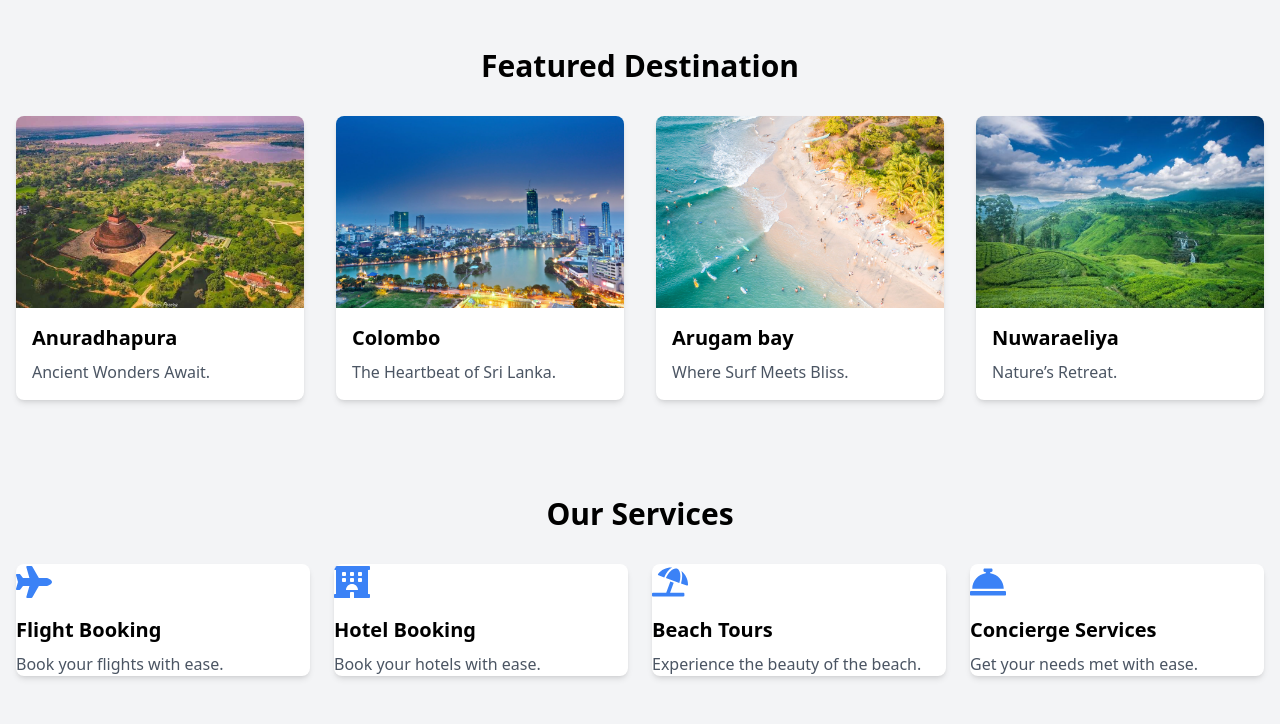
Repository: thisara199/Travel-Agency-Website
Page: /
The author's editor kept a copy of each file at every save. The page is drawn from the files as they stood at one save, then again after the next save.
The browser window is 1280 px wide. The pictures show the part of the page from y = 720 to 1444 px (the page is 1444 px tall).
The project was rebuilt for these pictures with package versions that can differ from the ones it lists, and the page was loaded fresh each time. Also part of the build but not shown: vite.config.js.

Above is the page before, as saved 2024-09-04 05:27:49.

### index.html
<!doctype html>
<html lang="en">
  <head>
    <meta charset="UTF-8" />
    <link rel="icon" type="image/svg+xml" href="/public/favicon-32x32.png" />
    <meta name="viewport" content="width=device-width, initial-scale=1.0" />
    <title>Travel Agency</title>
  </head>
  <body>
    <div id="root"></div>
    <script type="module" src="/src/main.jsx"></script>
  </body>
</html>

### src/App.jsx
import { BrowserRouter, Routes, Route } from 'react-router-dom'
import Home from './pages/Home'
import Navbar from './components/Navbar/Navbar'
const App = () => {
  return (
    <BrowserRouter>
    <Navbar />
       <Routes>
        <Route path='/' element={<Home />} />
       </Routes>
    </BrowserRouter>
  )
}

export default App

### src/pages/Home.jsx
import HeroSection from "../components/HeroSection/HeroSection"
import FeaturedDestination from "../components/FeaturedDestination/FeaturedDestination"
import Services from "../components/Services/Services"

const Home = () => {
  return (
    <div>
      <HeroSection />
      <FeaturedDestination />
      <Services />
    </div>
  )
}

export default Home

### src/components/Navbar/Navbar.jsx
import { FaBars, FaTimes } from "react-icons/fa"
import { Link } from "react-router-dom"
import { useState } from "react"


const Navbar = () => {
  const [isOpen, setIsOpen] = useState(false)
  return (
    <nav className="fixed top-0 left-0 right-0 z-10 m-4 bg-white shadow-lg">
      <div className="container flex items-center justify-between h-16 px-4">
        <h3 className="text-2xl font-bold">TravelCeylon.</h3>
        <div className="items-center hidden space-x-4 text-sm font-bold md:flex ">
          <Link to="/" className="px-6 py-2 hover:bg-gray-600 hover:text-white">Home</Link>
          <Link to="/about" className="px-6 py-2 hover:bg-gray-600 hover:text-white">About</Link>
          <Link to="/gallery" className="px-6 py-2 hover:bg-gray-600 hover:text-white">Gallery</Link>
          <Link to="/about" className="px-6 py-2 hover:bg-gray-600 hover:text-white">About</Link>
          <button className="px-6 py-2 text-white bg-gray-600 border rounded-full hover:scale-105 hover:bg-gray-500">Login</button>
        </div>
        <div className="md:hidden">
          <button onClick={() => setIsOpen(!isOpen)}>
            {isOpen ? <FaTimes /> : <FaBars />}
          </button>
        </div>
      </div>
      <div>
        {isOpen && (
           <div className="flex flex-col items-center pb-10 space-y-6 font-bold bg-white md:hidden">
           <Link to="/" className="px-6 py-2 hover:bg-gray-600 hover:text-white">Home</Link>
           <Link to="/about" className="px-6 py-2 hover:bg-gray-600 hover:text-white">About</Link>
           <Link to="/gallery" className="px-6 py-2 hover:bg-gray-600 hover:text-white">Gallery</Link>
           <Link to="/about" className="px-6 py-2 hover:bg-gray-600 hover:text-white">About</Link>
           <button className="px-6 py-2 text-white bg-gray-600 border rounded-full hover:scale-105 hover:bg-gray-500">Login</button>
         </div>
        )}
      </div>
    </nav>
  )
}

export default Navbar

### src/components/HeroSection/HeroSection.jsx
import Banner from "../../assets/HeroSection/Banner.png";

const HeroSection = () => {
  return (
    <div className="relative h-screen bg-center bg-cover" style={{ backgroundImage: `url(${Banner})` }}>
      <div className="absolute inset-0 flex flex-col items-center justify-center bg-black bg-opacity-50">
        <h1 className="justify-between mb-4 text-4xl font-bold text-center text-white md:text-6xl lg:text-8xl">Explore the Ceylon with Us</h1>
        <p className="mb-10 text-lg text-white md:text-2xl xl:text-4xl">Discover amazing places at exclusive deals</p>
        <button className="px-6 py-2 text-lg text-white transition duration-300 transform border rounded-full md:text-xl hover:bg-blue-500 hover:scale-105">Get Started</button>
      </div>
    </div>
  );
}

export default HeroSection;

### src/components/FeaturedDestination/FeaturedDestination.jsx
import Img1 from '../../assets/FeaturedDestination/Anuradhapura.jpg'
import Img2 from '../../assets/FeaturedDestination/Colombo.jpg'
import Img3 from '../../assets/FeaturedDestination/arugambay.jpg'
import Img4 from '../../assets/FeaturedDestination/Nuwaraeliya.jpeg'


const Destination = [
  {
    image: Img1,
    title: 'Anuradhapura',
    description: 'Ancient Wonders Await.',
  },
  {
    image: Img2,
    title: 'Colombo',
    description: 'The Heartbeat of Sri Lanka.',
  },
  {
    image: Img3,
    title: 'Arugam bay',
    description: 'Where Surf Meets Bliss.',
  },
  {
    image: Img4,
    title: 'Nuwaraeliya',
    description: 'Nature’s Retreat.',
  },
]

const FeaturedDestination = () => {
  return (
    <div className='py-12 bg-gray-100'>
      <div className='container px-4 mx-auto'>
        <h2 className='mb-8 text-3xl font-bold text-center'>Featured Destination</h2>
        <div className='grid gap-8 sm:grid-cols-2 lg:grid-cols-3 xl:grid-cols-4'>
          {Destination.map((destination) => (
            <div key={destination.title} className='overflow-hidden bg-white rounded-lg shadow-md cursor-pointer'>
              <img src={destination.image} alt={destination.title} className='object-cover w-full h-48 transition duration-300 transform hover:scale-110'/>
              <div className='p-4'>
              <h3 className='mb-2 text-xl font-bold'>{destination.title}</h3>
              <p className='text-gray-600'>{destination.description}</p>
              </div>
            </div>
          ))}
        </div>
      </div>
    </div>
  )
}

export default FeaturedDestination

### src/components/Services/Services.jsx

import { FaConciergeBell, FaHotel, FaPlane, FaUmbrellaBeach } from 'react-icons/fa'


const OurServices = [
  {
    icon: <FaPlane className='text-4xl text-blue-500' />,
    title: 'Flight Booking',
    description: 'Book your flights with ease.',
  },
  {
    icon: <FaHotel className='text-4xl text-blue-500' />,
    title: 'Hotel Booking',
    description: 'Book your hotels with ease.',
  },
  {
    icon: <FaUmbrellaBeach className='text-4xl text-blue-500' />,
    title: 'Beach Tours',
    description: 'Experience the beauty of the beach.',
  },
  {
    icon: <FaConciergeBell className='text-4xl text-blue-500' />,
    title: 'Concierge Services',
    description: 'Get your needs met with ease.',
  },
]

const Services = () => {
  return (
    <div className='py-12 bg-gray-100'>
      <div className='container px-4 mx-auto'>
        <h2 className='mb-8 text-3xl font-bold text-center'>Our Services</h2>
        <div className='grid gap-6 sm:grid-cols-2 lg:grid-cols-3 xl:grid-cols-4'>
          {OurServices.map((OurServices) => (
            <div key={OurServices.title} className='overflow-hidden bg-white rounded-lg shadow-md cursor-pointer'>
              <div className='mb-4'>{OurServices.icon}</div>
              <h3 className='mb-2 text-xl font-bold'>{OurServices.title}</h3>
              <p className='text-gray-600'>{OurServices.description}</p>
            </div>
          ))}
        </div>
      </div>
    </div>
  )
}

export default Services

Loaded but not shown: src/main.jsx (common file); src/index.css (common file); tailwind.config.js (common file)

After the next save:
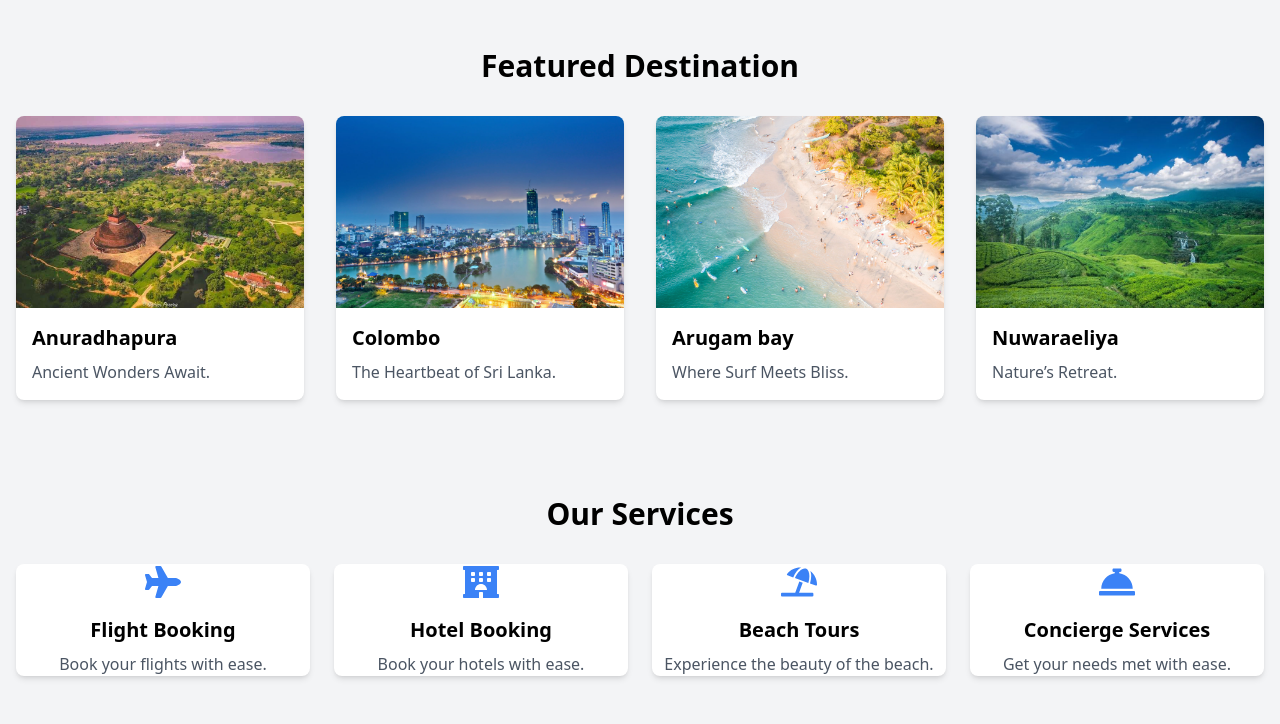
Saved 91 s later.
--- a/src/components/Services/Services.jsx
+++ b/src/components/Services/Services.jsx
@@ -1,8 +1,6 @@
+import { FaConciergeBell, FaHotel, FaPlane, FaUmbrellaBeach } from 'react-icons/fa';
 
-import { FaConciergeBell, FaHotel, FaPlane, FaUmbrellaBeach } from 'react-icons/fa'
-
-
-const OurServices = [
+const services = [
   {
     icon: <FaPlane className='text-4xl text-blue-500' />,
     title: 'Flight Booking',
@@ -23,7 +21,7 @@ const OurServices = [
     title: 'Concierge Services',
     description: 'Get your needs met with ease.',
   },
-]
+];
 
 const Services = () => {
   return (
@@ -31,17 +29,19 @@ const Services = () => {
       <div className='container px-4 mx-auto'>
         <h2 className='mb-8 text-3xl font-bold text-center'>Our Services</h2>
         <div className='grid gap-6 sm:grid-cols-2 lg:grid-cols-3 xl:grid-cols-4'>
-          {OurServices.map((OurServices) => (
-            <div key={OurServices.title} className='overflow-hidden bg-white rounded-lg shadow-md cursor-pointer'>
-              <div className='mb-4'>{OurServices.icon}</div>
-              <h3 className='mb-2 text-xl font-bold'>{OurServices.title}</h3>
-              <p className='text-gray-600'>{OurServices.description}</p>
+          {services.map((service) => (
+            <div key={service.title} className='overflow-hidden bg-white rounded-lg shadow-md cursor-pointer'>
+              <div className='flex justify-center mb-4'>
+                {service.icon}
+              </div>
+              <h3 className='mb-2 text-xl font-bold text-center'>{service.title}</h3>
+              <p className='text-center text-gray-600'>{service.description}</p>
             </div>
           ))}
         </div>
       </div>
     </div>
-  )
-}
+  );
+};
 
-export default Services
+export default Services;
